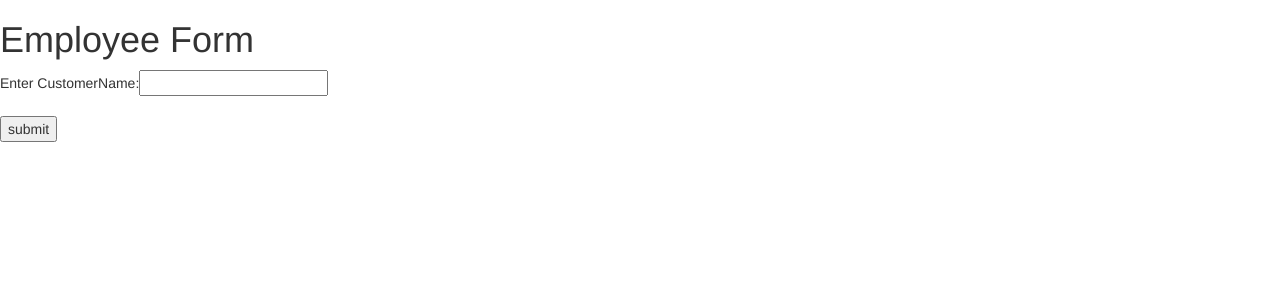
Repository: Mayank-yadav/All-Practise-Codes
Page: http://localhost/jspcrud/
An editor plug-in stored every save of this project. The page is shown before and after the next save, followed by the edit.
The browser window is 1280 px wide. The pictures show the whole page.
Some web libraries are served in a nearby version. The page is served by Tomcat 9.

Above is the page before, as saved 2015-11-30 09:47:20.

After the next save:
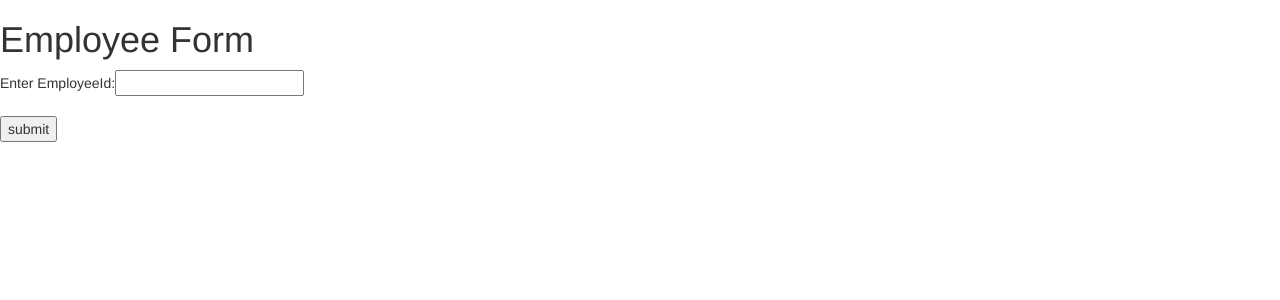
Saved 3 min 57 s later.
--- a/jsp_workspace/jspcrud/WebContent/index.jsp
+++ b/jsp_workspace/jspcrud/WebContent/index.jsp
@@ -11,8 +11,8 @@
 </head>
 <body>
 <h1>Employee Form</h1>
-	<form action="CustomerServlet" method="get">
-			Enter CustomerName:<input type="text" name="custname" /><br />
+	<form action="EmployeeServlet" method="get">
+			Enter EmployeeId:<input type="text" name="id" /><br />
 			<br /> <input type="submit" value="submit" />
 		</form>
 </body>
